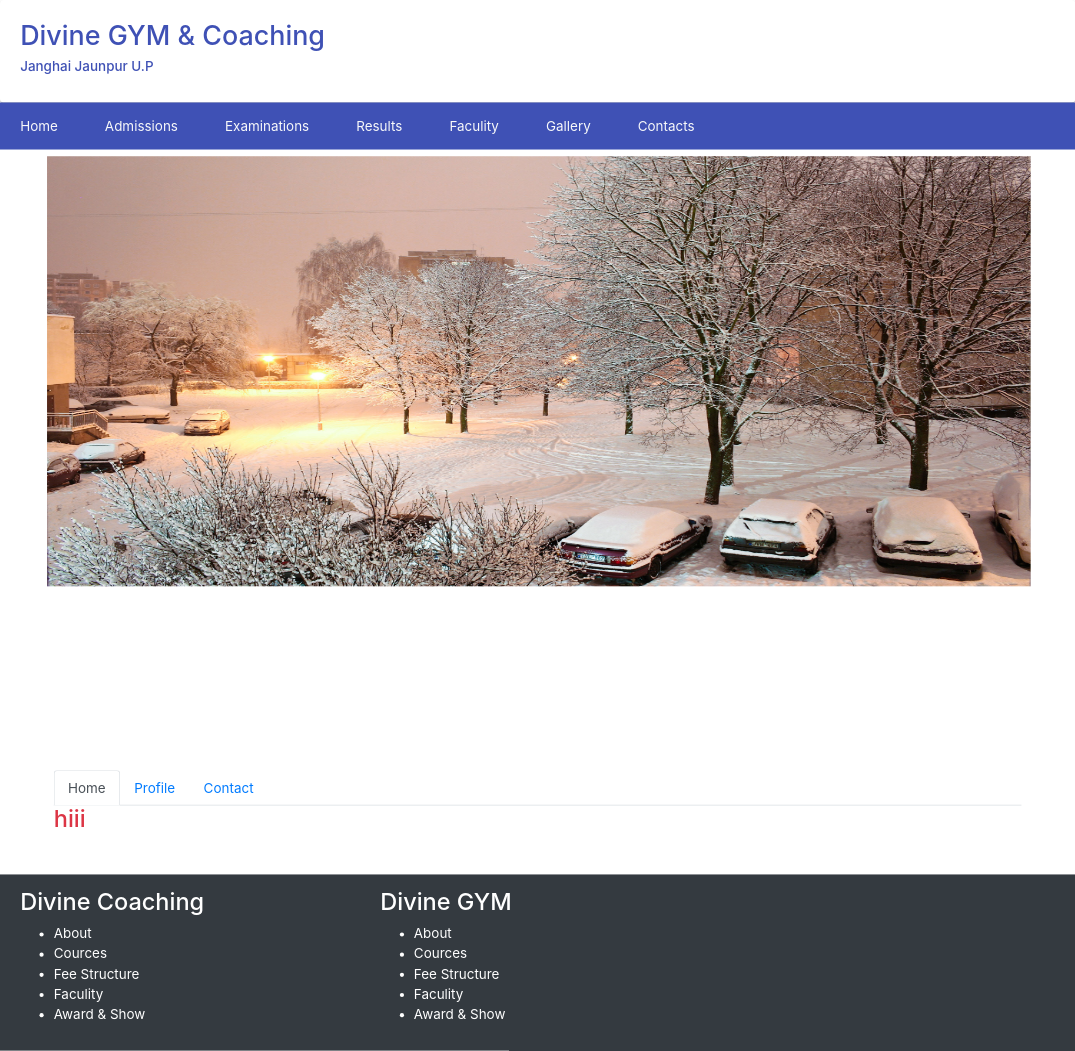
Repository: lalji-yadav/vikash-Coaching-frontend
Page: /gallery
An editor plug-in stored every save of this project. The page is shown before and after the next save, followed by the edit.
The browser window is 1280 px wide. The pictures show the whole page, at 84% of full size.
The project was rebuilt for these pictures with package versions that can differ from the ones it lists, and the page was loaded fresh each time. Also part of the build but not shown: src/index.css, src/home/home.js, src/component/admission/admission.js, src/component/examination/examination.js, src/component/results/result.js, src/component/faculity/faculity.js.

Above is the page before, as saved 2021-04-11 13:42:28.

After the next save:
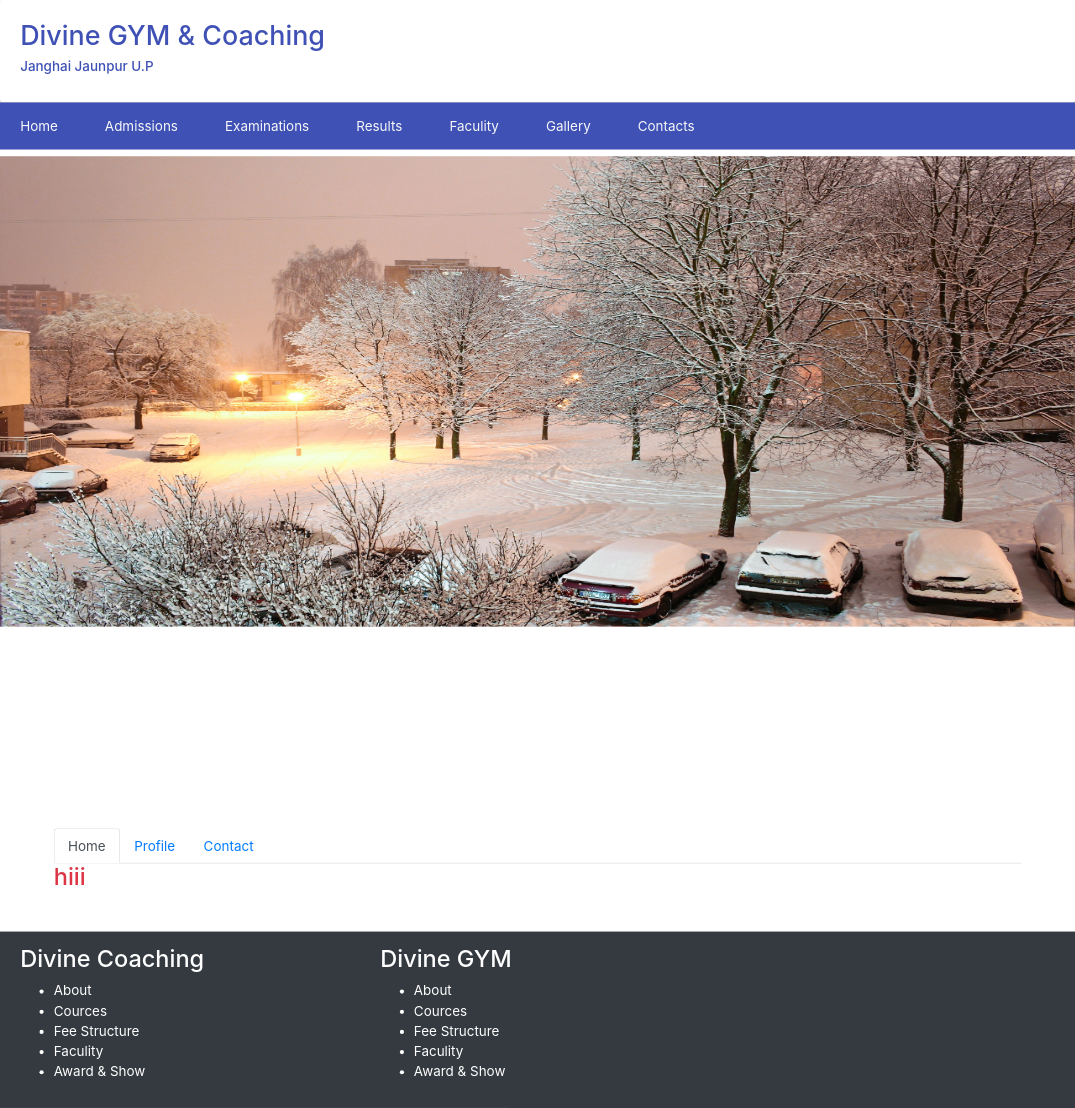
Saved 90 s later.
--- a/src/component/gallery/gallery.js
+++ b/src/component/gallery/gallery.js
@@ -8,7 +8,7 @@ class gallery extends Component {
     return (
       <div>
         <div className="row">
-          <div className="col-sm-11 mt-2" style={{ marginLeft: "4.3%" }}>
+          <div className="col-sm-12 mt-2">
             <img
               style={{ width: "100%", height: "70%" }}
               src={
